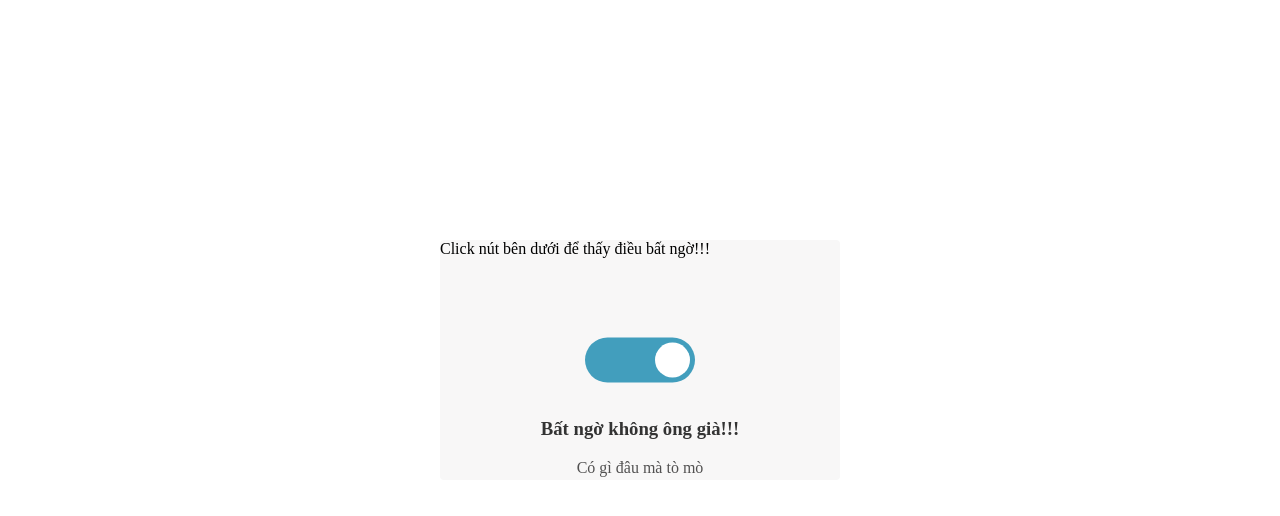
Repository: haokiet2501/troll-my-react
Page: /, after clicking the first element matching `div.toggle-center`
An editor plug-in stored every save of this project. The page is shown before and after a run of saves, followed by the edit.
The browser window is 1280 px wide. The pictures show the whole page.
The project was rebuilt for these pictures with package versions that can differ from the ones it lists, and the page was loaded fresh each time.

Above is the page before, as saved 2022-07-30 23:14:42.

### src/index.css
.toggle-center {
  position: absolute;
  top: 50%;
  left: 50%;
  transform: translate(-50%, -50%);
  width: 25rem;
  height: 15rem;
  border-radius: 0.25rem;
  background-color: #f8f7f7;
}

.toggle-center:hover {
  box-shadow: 0 4px 8px rgba(0, 0, 0, 0.25);
}

.toggle {
  position: absolute;
  top: 50%;
  left: 50%;
  transform: translate(-50%, -50%);
}

.todo-center {
  position: absolute;
  top: 62%;
  left: 50%;
  transform: translate(-50%, -50%);
  z-index: 999;
}

.toggle-control {
  position: absolute;
  top: 75%;
  left: 50%;
  transform: translate(-50%, -50%);
  display: flex;
  text-transform: uppercase;
}

.toggle {
  width: 100px;
  height: 35px;
  background-color: #ccc;
  padding: 5px;
  border-radius: 100rem;
  cursor: pointer;
}

.toggle.active {
  background-color: #429EBD;
}

.spinner {
  position: absolute;
  width: 35px;
  height: 35px;
  left: 0;
  margin-left: 5px;
  border-radius: 50%;
  background-color: #fff;
  transition: 0.3s linear;
}

.spinner.active {
  transform: translateX(65px);
  transition: 0.3s linear;
}

.toggle-on {
  margin-right: 0.5rem;
}

h3 {
  color: #333;
}

p {
  color: rgb(82, 81, 81);
  display: flex;
  justify-content: center;
  align-items: center;
}

### src/App.js
import Toggle from "./components/Toggle";

function App() {
  return (
    <>
      <Toggle />
    </>
  );
}

export default App;

### src/components/Toggle.jsx
import { useState } from "react"
import Todo from "./Todo";

const Toggle = () => {
    const [on, setOn] = useState(false);

    const handleClick = () => {
        setOn((on) => !on);
    }

    return (
        <>
            {on && <Todo />}
            <div className="toggle-center" onClick={handleClick}>
                <div className="toggle-title">Click nút bên dưới để thấy điều bất ngờ!!!</div>
                <div className={`toggle ${on ? 'active' : ''}`}>
                    <div className={`spinner ${on ? 'active' : ''}`}></div>
                </div>
            </div>
        </>
    )
}

export default Toggle

### src/components/Todo.jsx
import React from 'react'

const Todo = () => {
    return (
        <div className='todo-center'>
            <h3>Bất ngờ không ông già!!!</h3>
            <p>Có gì đâu mà tò mò</p>
        </div>
    )
}

export default Todo

Loaded but not shown: public/index.html (common file); src/index.js (common file); src/reportWebVitals.js (common file)

After the next 2 saves:
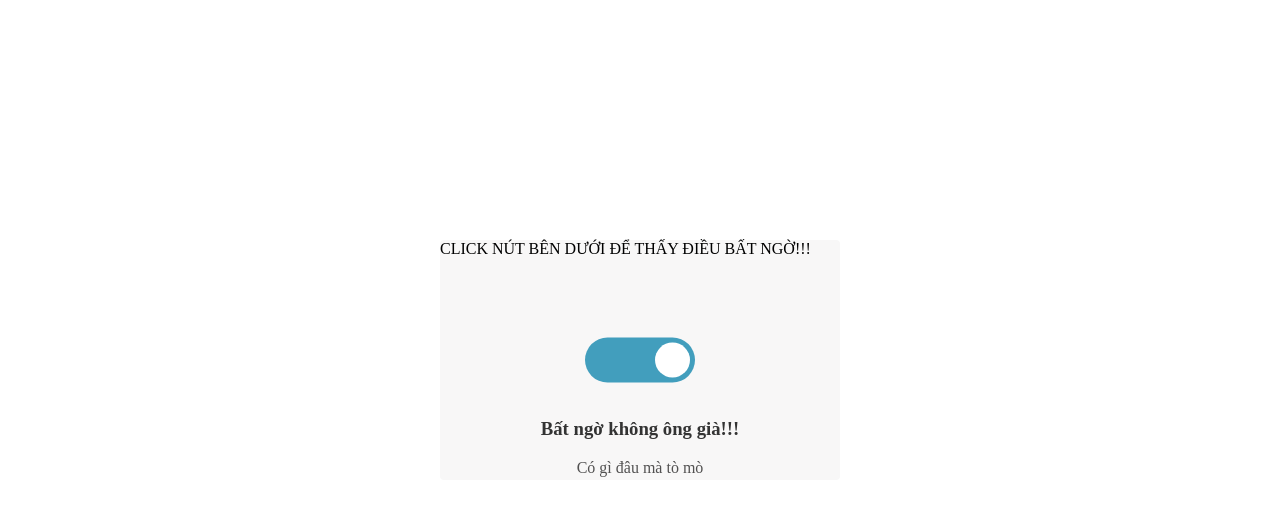
The 2 saves are shown as one change because they came seconds apart.
The last was saved 16 s later.
--- a/src/index.css
+++ b/src/index.css
@@ -50,6 +50,10 @@
   background-color: #429EBD;
 }
 
+.toggle-title {
+  text-transform: uppercase;
+}
+
 .spinner {
   position: absolute;
   width: 35px;
